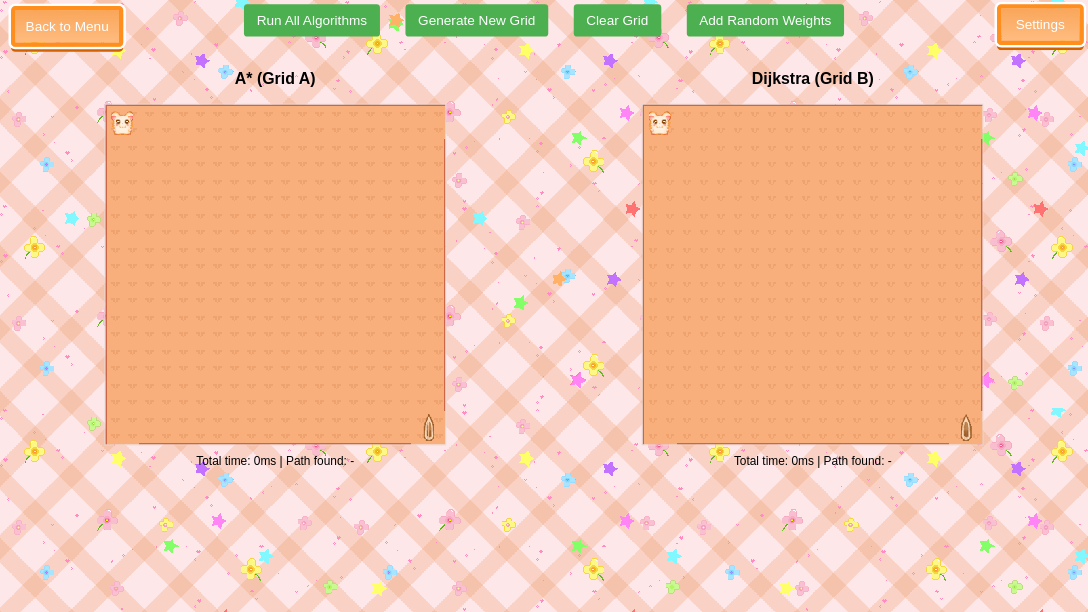
Repository: ramosfranz/Hamster-Crossing
Page: src/game.html
These files come from the project's save history. The page is drawn as it stood at one moment and after the next save; the edit follows.
The browser window is 1280 px wide. The pictures show the whole page, at 85% of full size.
Some web fonts or font styles are not loaded; a fallback is used.

Above is the page before, as saved 2025-05-08 10:20:50.

After the next save:
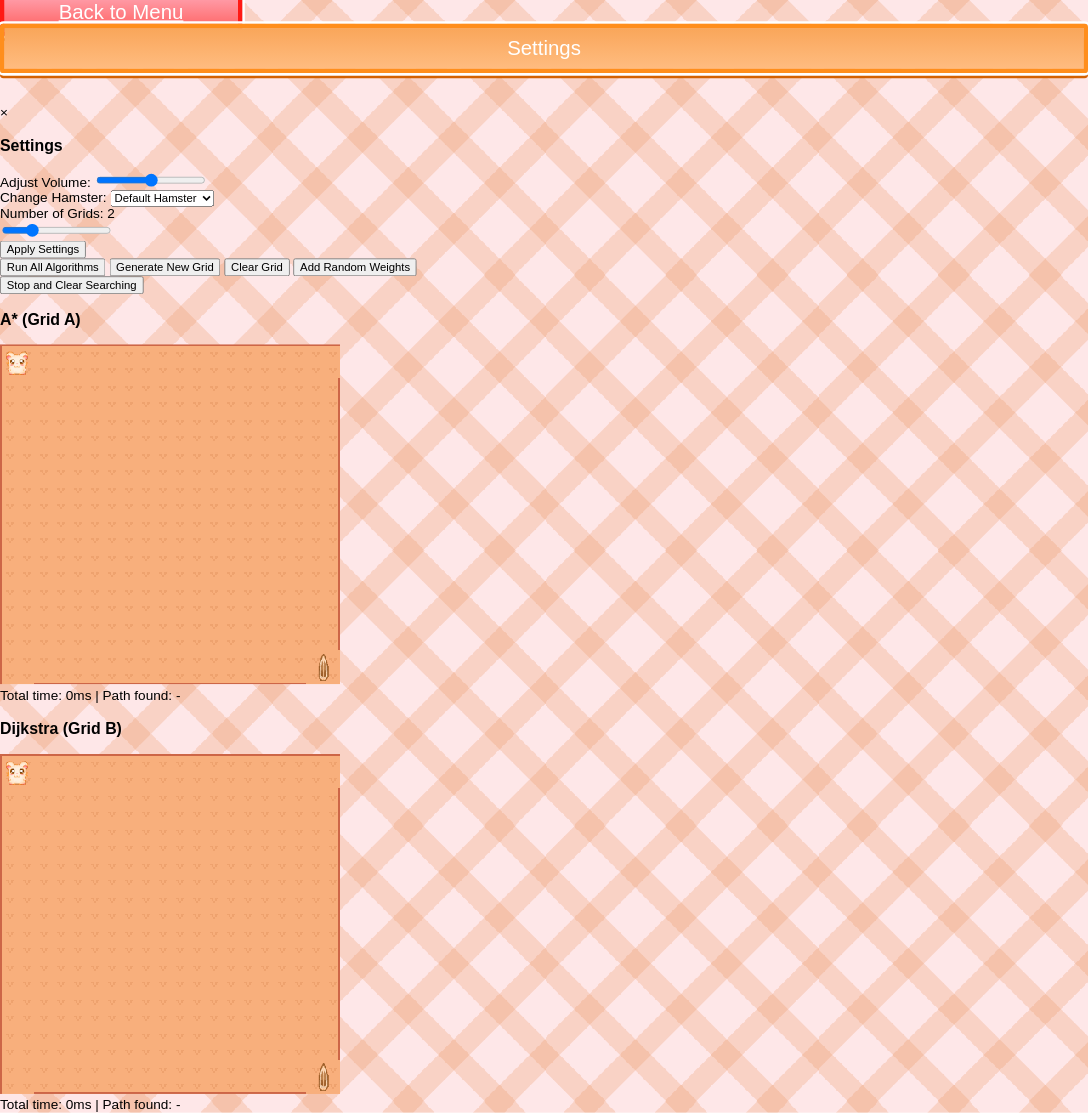
Saved 15 s later.
--- a/src/game.html
+++ b/src/game.html
@@ -8,7 +8,7 @@
     <link href="https://fonts.googleapis.com/css2?family=Jersey+10+Charted&family=Jersey+20&family=Jersey+25+Charted&display=swap" rel="stylesheet">
     <title>Hamster Crossing</title>
     <link rel="icon" type="image/x-icon" href="assets/images/favicon.ico">
-    <link rel="stylesheet" href="styles/menuStyle.css">
+    <link rel="stylesheet" href="styles/gameStyle.css">
 </head>
 <body>
     <div class="header-buttons">
